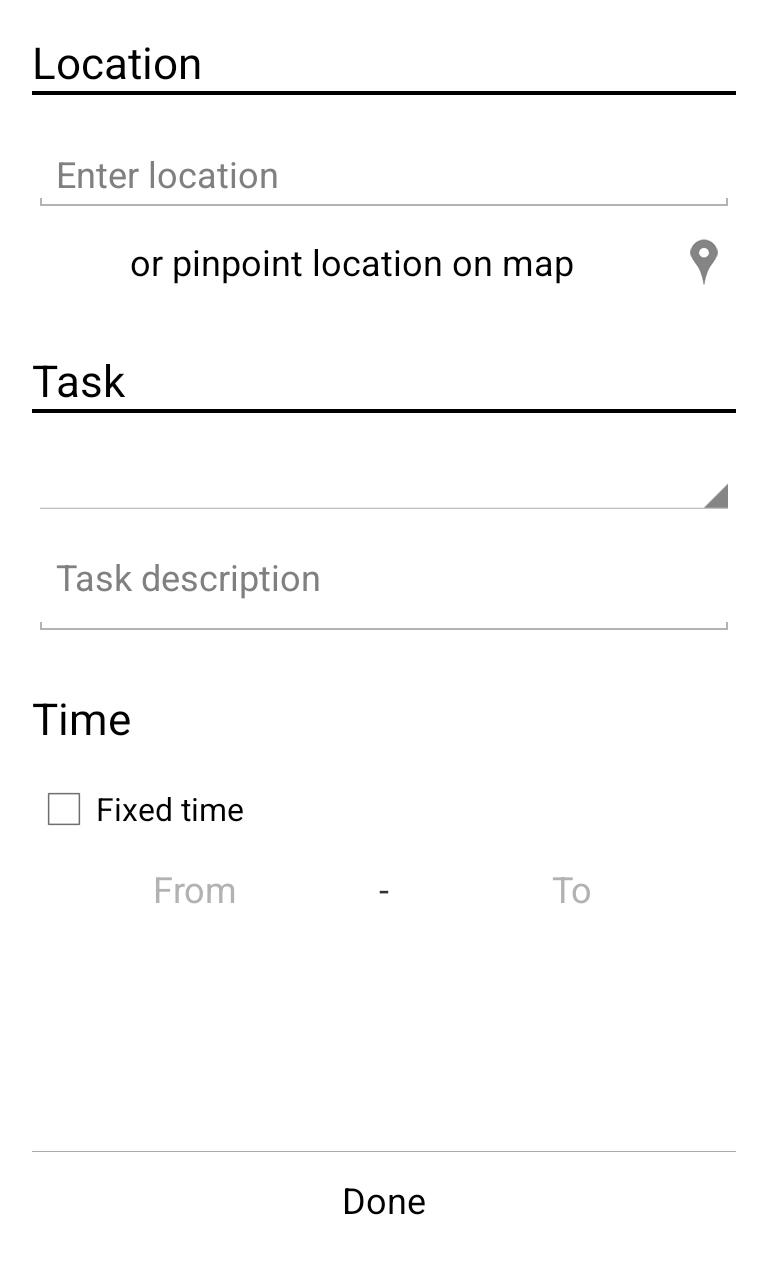
Repository: larserikstrand/IMT4904-Master
Layout: MTP/res/layout/activity_new_task.xml
An editor plug-in stored every save of this project. The layout is shown before and after the next save, followed by the edit.
It is drawn on a 768 x 1280 px phone screen (xhdpi) without system bars, with theme android:Theme.Holo.Light; the app's code is not run.

Above is the layout before, as saved 2014-02-10 21:03:29.

### MTP/res/layout/activity_new_task.xml
<LinearLayout xmlns:android="http://schemas.android.com/apk/res/android"
    xmlns:tools="http://schemas.android.com/tools"
    android:layout_width="match_parent"
    android:layout_height="match_parent"
    android:paddingBottom="@dimen/activity_vertical_margin"
    android:paddingLeft="@dimen/activity_horizontal_margin"
    android:paddingRight="@dimen/activity_horizontal_margin"
    android:paddingTop="@dimen/activity_vertical_margin"
    android:orientation="vertical"
    tools:context=".NewTaskActivity" >

    <ScrollView android:layout_width="match_parent"
        android:layout_height="0dp"
        android:layout_weight="1" >

    	<LinearLayout android:layout_width="match_parent"
        	android:layout_height="wrap_content"
        	android:orientation="vertical" >

        	<TextView
        		android:layout_width="wrap_content"
        		android:layout_height="wrap_content"
        		android:text="@string/location"
        		android:textAppearance="?android:attr/textAppearanceLarge" />

        	<View android:layout_width="match_parent"
        		android:layout_height="2dp"
        		android:layout_marginBottom="20dp"
        		android:background="@android:color/black" />

    		<EditText android:id="@+id/location_edit"
        		android:layout_width="match_parent"
        		android:layout_height="wrap_content"
        		android:hint="@string/location_hint" />

    		<Button android:id="@+id/location_button"
        		android:layout_width="match_parent"
        		android:layout_height="wrap_content"
        		android:background="?android:attr/selectableItemBackground"
        		android:text="@string/pinpoint"
        		android:drawableRight="@drawable/ic_location_place" />

    		<TextView
        		android:layout_width="wrap_content"
        		android:layout_height="wrap_content"
        		android:layout_marginTop="20dp"
        		android:text="@string/task"
        		android:textAppearance="?android:attr/textAppearanceLarge" />

    		<View android:layout_width="match_parent"
        		android:layout_height="2dp"
        		android:layout_marginBottom="20dp"
        		android:background="@android:color/black" />

    		<Spinner android:id="@+id/category_spinner"
        		android:layout_width="match_parent"
        		android:layout_height="wrap_content" />

    		<EditText android:id="@+id/description_edit"
        		android:layout_width="match_parent"
        		android:layout_height="wrap_content"
        		android:layout_marginBottom="10dp"
        		android:lines="2"
        		android:hint="@string/task_description_hint" />

    		<TextView
        		android:layout_width="wrap_content"
        		android:layout_height="wrap_content"
        		android:layout_marginTop="15dp"
        		android:layout_marginBottom="15dp"
        		android:text="@string/time"
        		android:textAppearance="?android:attr/textAppearanceLarge" />

    		<CheckBox android:id="@+id/fixed_time_check"
        		android:layout_width="match_parent"
        		android:layout_height="wrap_content"
        		android:text="@string/fixed_time" />

    		<LinearLayout android:id="@+id/time_layout"
        		android:layout_width="match_parent"
        		android:layout_height="wrap_content"
        		android:orientation="horizontal" >

        		<Button android:id="@+id/from_button"
            		android:layout_width="0dp"
            		android:layout_height="wrap_content"
            		android:layout_weight="1"
            		android:layout_marginRight="10dp"
            		android:background="?android:attr/selectableItemBackground"
            		android:text="@string/from"
            		android:enabled="false" />

        		<TextView android:layout_width="wrap_content"
            		android:layout_height="wrap_content"
            		android:text="@string/divider"
            		android:textSize="18sp" />

        		<Button android:id="@+id/to_button"
            		android:layout_width="0dp"
            		android:layout_height="wrap_content"
            		android:layout_weight="1"
            		android:layout_marginLeft="10dp"
            		android:background="?android:attr/selectableItemBackground"
            		android:text="@string/to"
            		android:enabled="false" />

    		</LinearLayout>

    	</LinearLayout>

    </ScrollView>

    <View android:layout_width="match_parent"
        android:layout_height="0.2dp"
        android:background="@android:color/darker_gray" />

    <Button android:id="@+id/done_button"
        android:layout_width="match_parent"
        android:layout_height="wrap_content"
        android:background="?android:attr/selectableItemBackground"
        android:text="@string/done" />

</LinearLayout>

### MTP/res/values/strings.xml
<?xml version="1.0" encoding="utf-8"?>
<resources>

    <!-- Titles -->
    <string name="app_name">MTP</string>
    <string name="title_activity_list">ListActivity</string>
    <string name="title_activity_new_task">New Task</string>
    <string name="title_activity_map">Map</string>

    <!-- Menu -->
    <string name="action_settings">Settings</string>
    <string name="action_about">About</string>

    <!-- General -->
    <string name="today">Today</string>
    <string name="week">Week</string>
    <string name="all_tasks">All Tasks</string>
    <string name="task">Task</string>
    <string name="new_task_list">New task list</string>
    <string name="new_task">New task</string>
    <string name="edit_list">Edit list</string>
    <string name="edit">Edit</string>
    <string name="delete">Delete</string>
    <string name="set_date">Set date</string>
    <string name="save">Save</string>
    <string name="done">Done</string>
    <string name="location">Location</string>
    <string name="location_hint">Enter location</string>
    <string name="pinpoint">or pinpoint location on map</string>
    <string name="task_description_hint">Task description</string>
    <string name="time">Time</string>
    <string name="fixed_time">Fixed time</string>
    <string name="from">From</string>
    <string name="to">To</string>
    <string name="divider">-</string>

    <!-- Messages/Alerts -->


    <!-- Arrays -->
    <string-array name="undergraduate_tasks_array">
        <item>Attend lecture</item>
        <item>Write report</item>
        <item>Do course exercises</item>
        <item>Meeting</item>
        <item>Group work</item>
    </string-array>

    <string-array name="postgraduate_tasks_array">
        <item>Write thesis</item>
        <item>Meeting</item>
    </string-array>

</resources>

Loaded but not shown: MTP/res/values/dimens.xml (common file)

After the next save:
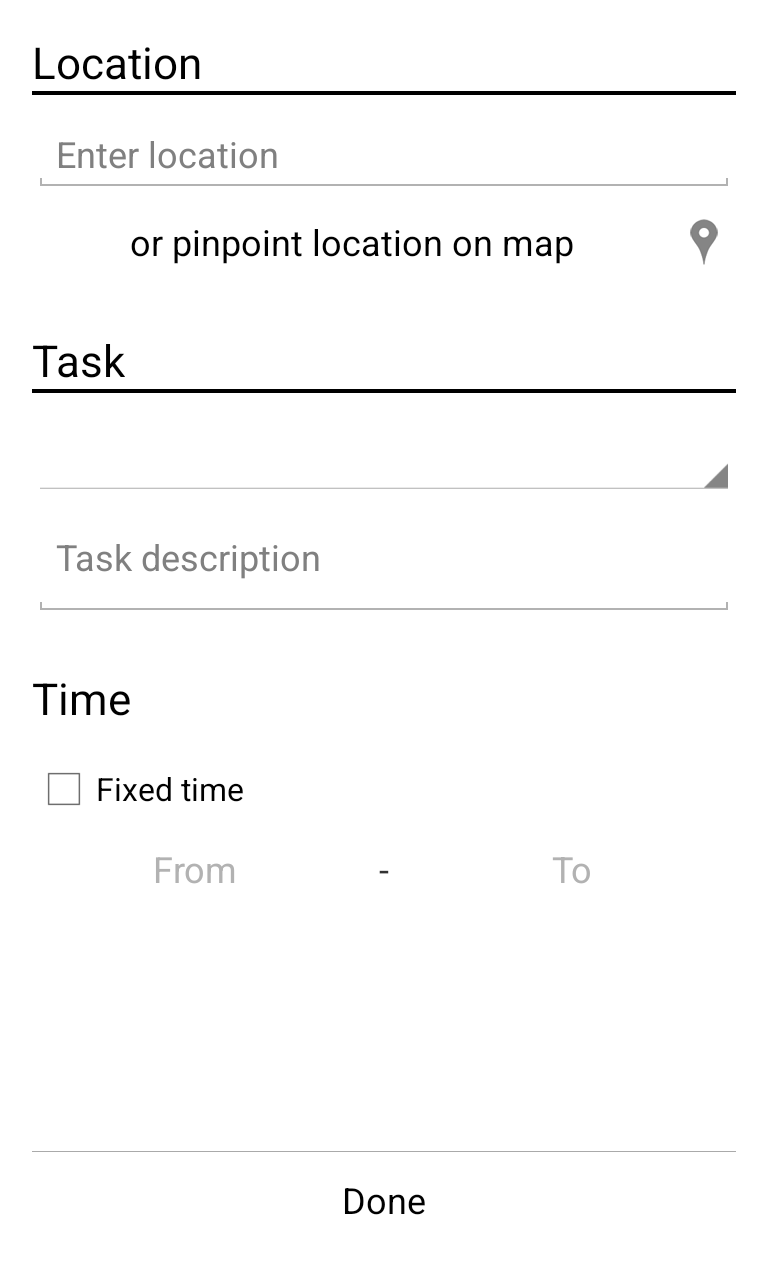
Saved 20 s later.
--- a/MTP/res/layout/activity_new_task.xml
+++ b/MTP/res/layout/activity_new_task.xml
@@ -25,7 +25,7 @@
 
         	<View android:layout_width="match_parent"
         		android:layout_height="2dp"
-        		android:layout_marginBottom="20dp"
+        		android:layout_marginBottom="10dp"
         		android:background="@android:color/black" />
 
     		<EditText android:id="@+id/location_edit"
